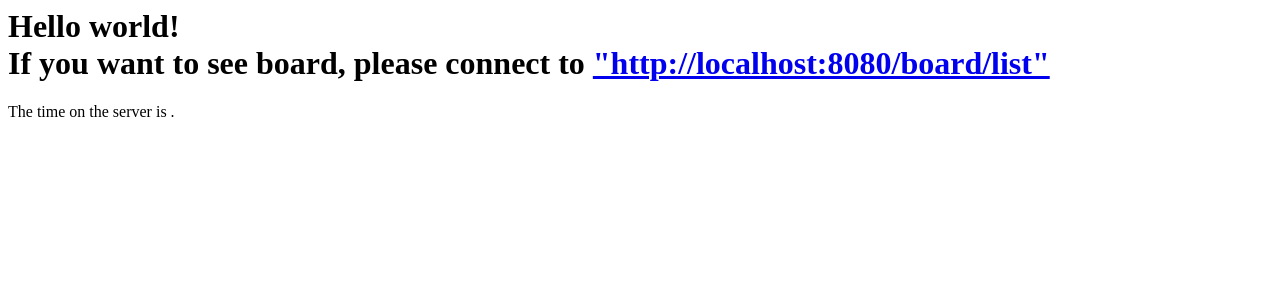
Repository: xx10222/STS_MVC2_Board
Page: http://localhost/project2/WEB-INF/views/home.jsp
An editor plug-in stored every save of this project. The page is shown before and after the next save, followed by the edit.
The browser window is 1280 px wide. The pictures show the whole page.
The page is served by Tomcat 9. Nobody is signed in. The template is opened directly, without the code that normally fills it, so the values that code supplies are empty.

Above is the page before, as saved 2020-05-28 15:19:53.

After the next save:
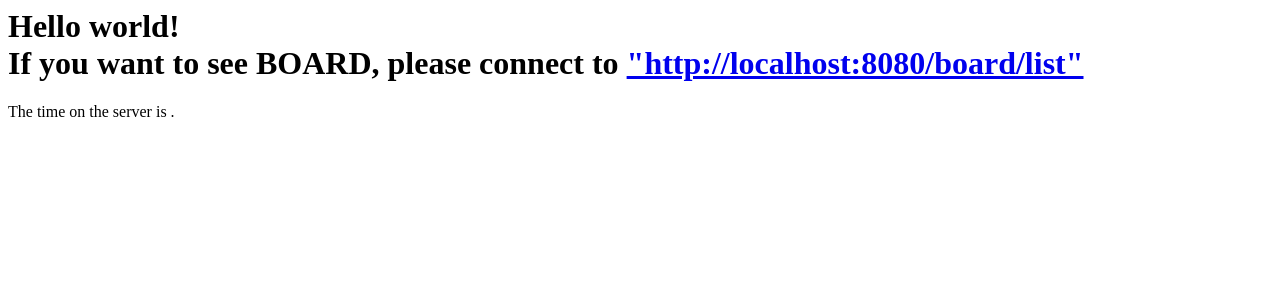
Saved 18 s later.
--- a/project2/src/main/webapp/WEB-INF/views/home.jsp
+++ b/project2/src/main/webapp/WEB-INF/views/home.jsp
@@ -7,7 +7,7 @@
 <body>
 <h1>
 	Hello world!
-	<br>If you want to see board, please connect to <a href = "/board/list">"http://localhost:8080/board/list"</a></br>
+	<br>If you want to see BOARD, please connect to <a href = "/board/list">"http://localhost:8080/board/list"</a></br>
 </h1>
 
 <P>  The time on the server is ${serverTime}. </P>
